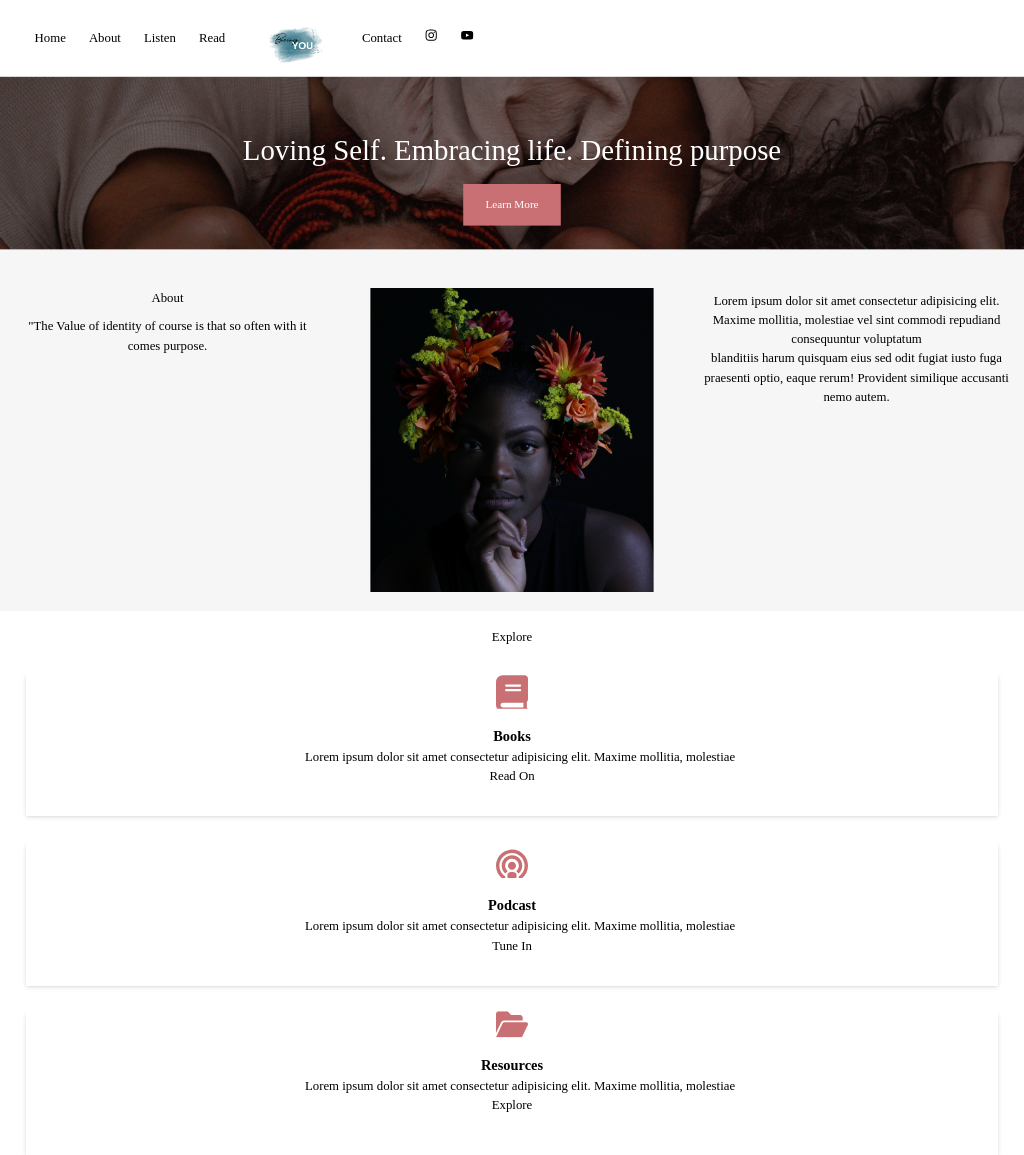
Repository: BrightonMboya/being-you
Page: /
The author's editor kept a copy of each file at every save. The page is drawn from the files as they stood at one save, then again after the next save.
The browser window is 1280 px wide. The pictures show the whole page, at 80% of full size.
The project was rebuilt for these pictures with package versions that can differ from the ones it lists, and the page was loaded fresh each time.

Above is the page before, as saved 2022-05-28 17:01:58.

### src/index.css
@tailwind base;
@tailwind components;
@tailwind utilities;

@layer base {
    html {
        font-family: Cormorant Garamond;
    }
}

### src/App.js
import React from "react";
import NavBar from './Components/Navbar/NavBar';
import HeroSection from "./Components/Hero-Section/HeroSection";
import About from "./Components/About/About"
import Explore from "./Components/Podcast/Explore";

function App() {
  return (
    <React.Fragment>
     <NavBar/>
     <HeroSection/>
     <About/>
     <Explore/>
    </React.Fragment>
  );
}

export default App;

### src/Components/Navbar/NavBar.jsx
import React, { useState } from 'react'
import { Link } from 'react-scroll'
import logo from '../../assets/logo.png'
import { FaBars, FaTimes, FaInstagram, FaYoutube } from 'react-icons/fa'

const NavBar = () => {
  const [nav, setNav] = useState(false)
  const handleClick = () => setNav(!nav)
  return (
    <React.Fragment>
      <div className="flex items-center justify-between shadow-md">
        <div className="md:hidden">
          <img src={logo} alt="" className="object-cover w-28 h-28" />
        </div>

        {/* menu */}
        <ul className="hidden md:flex gap-[4vh] ml-[6vh] mt-4">
          <li className="mt-5">
            <Link to="home" smooth={true} duration={500}>
              Home
            </Link>
          </li>
          <li className="mt-5">
            <Link to="about" smooth={true} duration={500}>
              About
            </Link>
          </li>
          <li className="mt-5">
            <Link to="listen" smooth={true} duration={500}>
              Listen
            </Link>
          </li>
          <li className="mt-5">
            <Link to="read" smooth={true} duration={500}>
              Read
            </Link>
          </li>
          <li>
            <img src={logo} alt="" className="object-cover w-30 h-20" />
          </li>
          <li className="mt-5">
            <Link to="contact" smooth={true} duration={500}>
              Contact
            </Link>
          </li>
          <li className="mt-5">
            <FaInstagram className="" />
          </li>
          <li className="mt-5">
            <FaYoutube />
          </li>
        </ul>

        {/* Hamburger Menu */}
        <div className="md:hidden z-10" onClick={handleClick}>
          {!nav ? (
            <FaBars className="text-2xl w-full mr-8" />
          ) : (
            <FaTimes className="text-3xl  mr-3" />
          )}
        </div>

        {/* mobile menu */}
        <ul
          className={
            !nav
              ? 'hidden'
              : 'absolute top-0 left-0 w-full h-[60vh] flex flex-col justify-center items-center'
          }
        >
          <li className="text-2xl py-5">
            <Link onClick={handleClick} to="home" smooth={true} duration={500}>
              Home
            </Link>
          </li>
          <li className="text-2xl">
            <Link to="about" smooth={true} duration={500}>
              About
            </Link>
          </li>
          <li className="text-2xl">
            <Link to="listen" smooth={true} duration={500}>
              Listen
            </Link>
          </li>
          <li className="text-2xl">
            <Link to="read" smooth={true} duration={500}>
              Read
            </Link>
          </li>

          <li className="text-2xl">
            <Link to="contact" smooth={true} duration={500}>
              Contact
            </Link>
          </li>
        </ul>
      </div>
    </React.Fragment>
  )
}

export default NavBar

### src/Components/Hero-Section/HeroSection.jsx
import React from 'react'
import hero from '../../assets/hero.png'

const HeroSection = () => {
  return (
    <div
      style={{
        backgroundImage: `url(${hero})`,
        objectPosition: 'cover',
      }}
      className="object-cover bg-cover bg-no-repeat h-[30vh] md:h-[30vh]"
    >
      <div className="flex flex-col items-center justify-center pt-[7vh]">
        <h3 className="text-center text-lg text-white font-medium py-[3vh] md:text-4xl">
          Loving Self. Embracing life. Defining purpose
        </h3>

        <button className="bg-[#C87073] text-white mb-5 px-5 py-1 text-sm md:py-4 px-7 text-lg">
          Learn More
        </button>
      </div>
    </div>
  )
}

export default HeroSection

### src/Components/About/About.jsx
import React from "react";
import about from "../../assets/about.jpg";

const About = () => {
  return (
    <div className="flex flex-col justify-center items-center bg-[#F6F6F6]">
      <div className="py-6 md:grid grid-cols-3 gap-3">
        <div className="mt-6">
          <h3 className="text-center">About</h3>
          <p className="text-center px-4 md:mt-3">
            "The Value of identity of course is that so often with it comes
            purpose.
          </p>
        </div>
        <img src={about} alt="" className="mt-6 px-8" />
        <p className="text-center px-3 text-sm mt-7 md:text-base">
          Lorem ipsum dolor sit amet consectetur adipisicing elit. Maxime
          mollitia, molestiae vel sint commodi repudiand consequuntur voluptatum
            <br/>
          blanditiis harum quisquam eius sed odit fugiat iusto fuga praesenti
          optio, eaque rerum! Provident similique accusanti nemo autem.
        </p>
      </div>
    </div>
  );
};

export default About;

### src/Components/Podcast/Explore.jsx
import React from "react";
import ExploreCard from "./ExploreCard";
import book from "../../assets/book.svg";
import podcast from "../../assets/podcast.svg";
import resources from "../../assets/resources.svg";

const Explore = () => {
  return (
    <div className="mt-5">
      <h3 className="text-center">Explore</h3>
      <div className="flex flex-col px-8">
        <ExploreCard
          image={book}
          title="Books"
          description="Lorem ipsum dolor sit amet consectetur adipisicing elit. Maxime mollitia, molestiae "
          action="Read On"
        />
        <ExploreCard
          image={podcast}
          title="Podcast"
          description="Lorem ipsum dolor sit amet consectetur adipisicing elit. Maxime mollitia, molestiae "
          action="Tune In"
        />
        <ExploreCard
          image={resources}
          title="Resources"
          description="Lorem ipsum dolor sit amet consectetur adipisicing elit. Maxime mollitia, molestiae "
          action="Explore"
        />

      </div>
    </div>
  );
};

export default Explore;

### src/Components/Podcast/ExploreCard.jsx
import React from "react";

const ExploreCard = (props) => {
  return (
    <div className="mt-8">
      <div className="flex flex-col items-center shadow-md h-[25vh]">
        <img src={props.image} alt="" />
        <h3 className="mt-5 font-semibold text-lg">{props.title}</h3>
        <p className="ml-5">{props.description}</p>

        <button>{props.action}</button>
      </div>
    </div>
  );
};

export default ExploreCard;

Loaded but not shown: public/index.html (common file); src/index.js (common file); tailwind.config.js (common file)

After the next save:
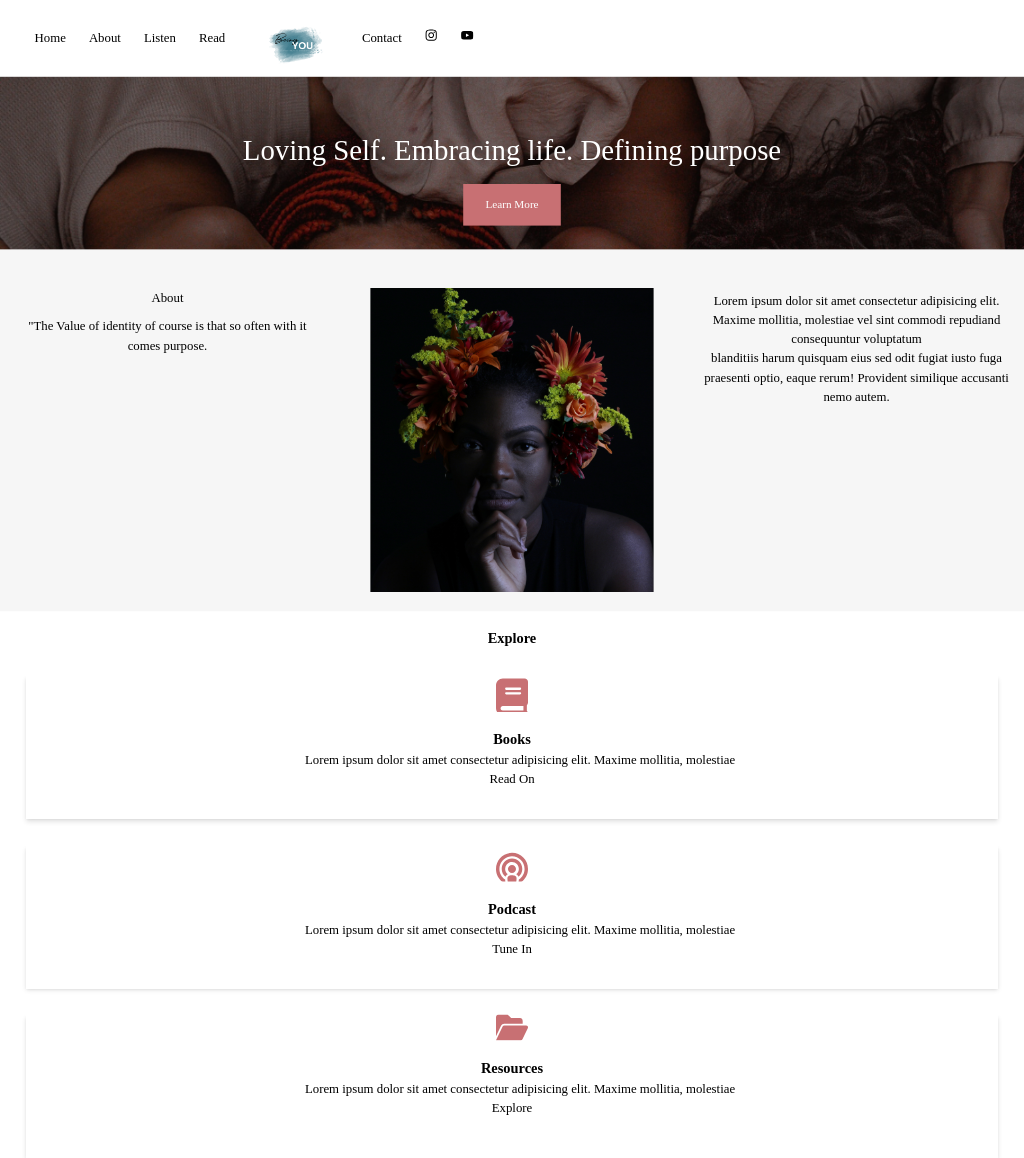
Saved 30 s later.
--- a/src/Components/Podcast/Explore.jsx
+++ b/src/Components/Podcast/Explore.jsx
@@ -7,7 +7,7 @@ import resources from "../../assets/resources.svg";
 const Explore = () => {
   return (
     <div className="mt-5">
-      <h3 className="text-center">Explore</h3>
+      <h3 className="text-center font-semibold text-lg">Explore</h3>
       <div className="flex flex-col px-8">
         <ExploreCard
           image={book}
